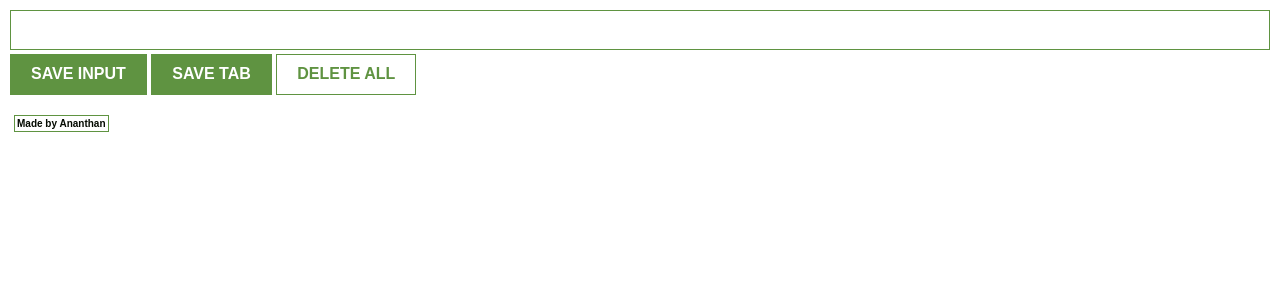
Repository: ananthantharma/Chrome-Extension
Page: index.html
An editor plug-in stored every save of this project. The page is shown before and after the next save, followed by the edit.
The browser window is 1280 px wide. The pictures show the whole page.

Above is the page before, as saved 2022-07-20 23:55:10.

After the next save:
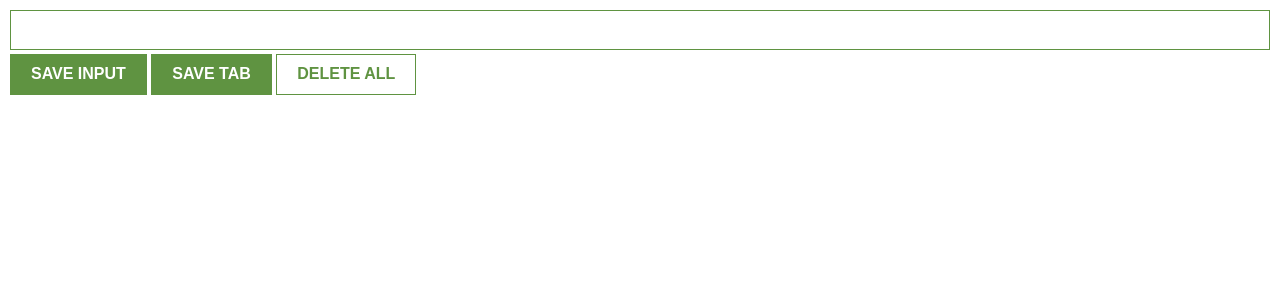
Console error: SyntaxError: Unexpected identifier 'float'
Saved 2 min 13 s later.
--- a/index.js
+++ b/index.js
@@ -142,6 +142,7 @@
         let footer=document.createElement('FOOTER')
         button10.innerHTML="Made by Ananthan"
         button10.id="ananthan"
+        button10.style="style="float: right;"
         button10.onclick=function(){
             alert("Ananthan thanks you for using his Chrome extension");
         }

After the save that followed:
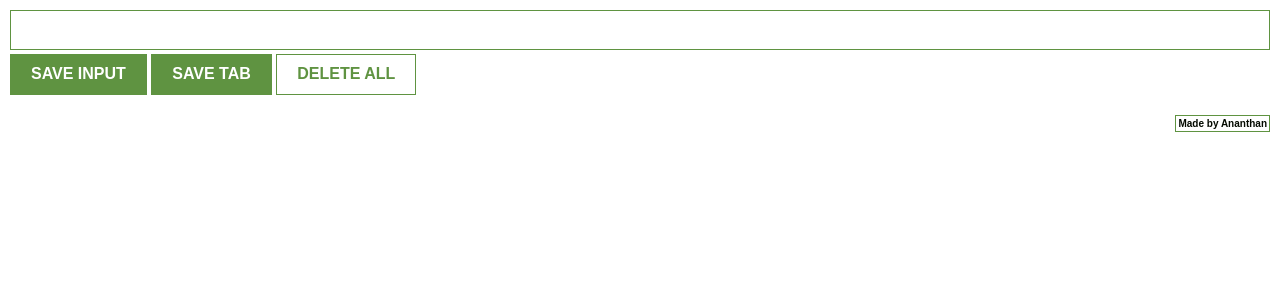
The error is gone.
Saved 18 s later.
--- a/index.js
+++ b/index.js
@@ -142,7 +142,7 @@
         let footer=document.createElement('FOOTER')
         button10.innerHTML="Made by Ananthan"
         button10.id="ananthan"
-        button10.style="style="float: right;"
+        button10.style="float: right"
         button10.onclick=function(){
             alert("Ananthan thanks you for using his Chrome extension");
         }
